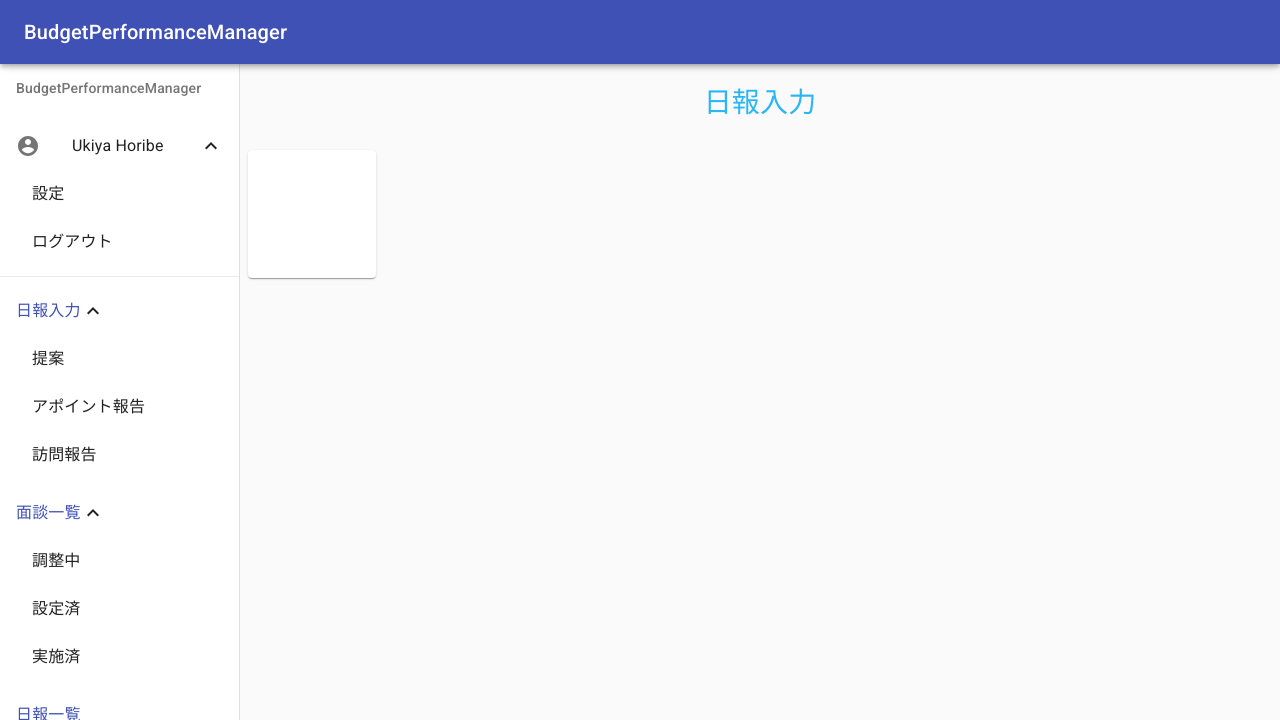
Repository: ukiyah/test
Page: /form_daily_report (app in src/)
An editor plug-in stored every save of this project. The page is shown before and after a run of saves, followed by the edit.
The browser window is 1280 px wide. The pictures show the whole page.
The project was rebuilt for these pictures with package versions that can differ from the ones it lists, and the page was loaded fresh each time. Also part of the build but not shown: src/Button.js, src/proposal/Table.js, src/proposal/list_proposal.js, src/Title.js, src/Chart.js, src/Deposits.js, src/Orders.js, src/Dashboard.js and 9 more.

Above is the page before, as saved 2020-02-26 13:40:59.

After the next 2 saves:
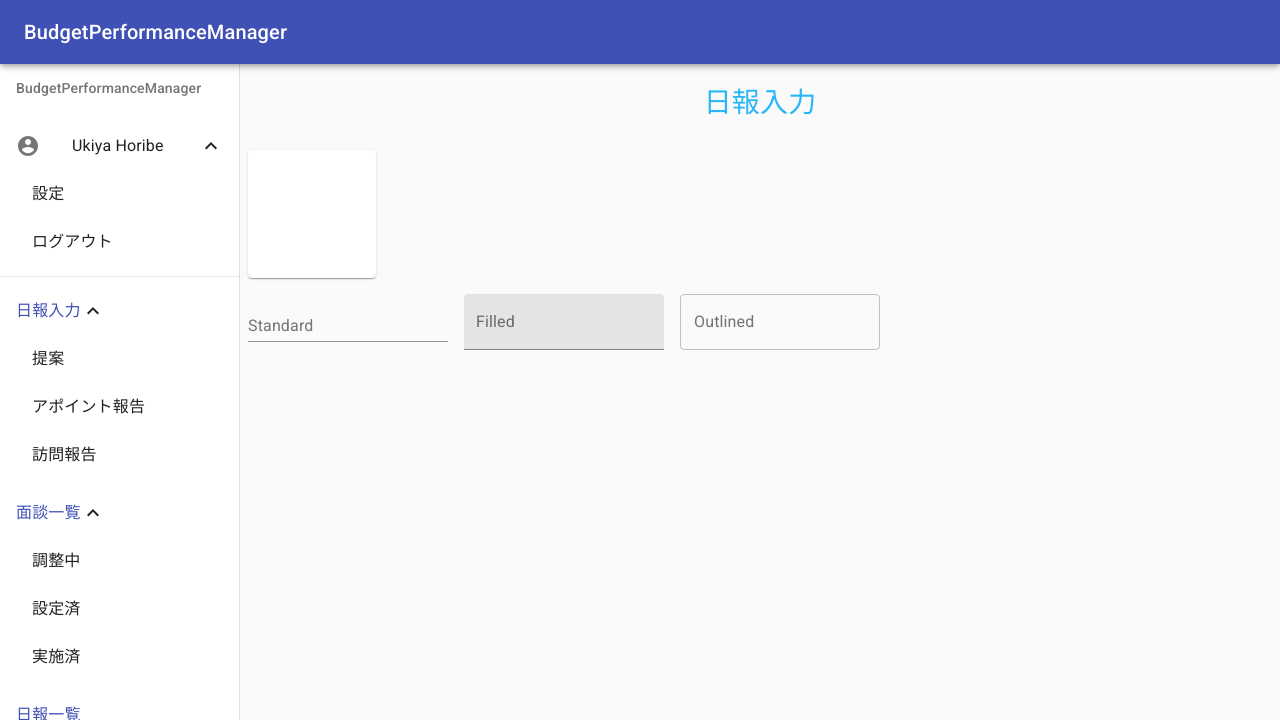
The 2 saves are shown as one change because 1 did not build or start.
The last was saved 27 s later.
--- a/src/daily_report/Form.js
+++ b/src/daily_report/Form.js
@@ -16,13 +16,12 @@ export default function BasicTextFields() {
 
     return (
         <div>
-            <Paper>
-              <form className={classes.root} noValidate autoComplete="off">
+            <Paper />
+            <form className={classes.root} noValidate autoComplete="off">
                 <TextField id="standard-basic" label="Standard" />
                 <TextField id="filled-basic" label="Filled" variant="filled" />
                 <TextField id="outlined-basic" label="Outlined" variant="outlined" />
-              </form>
-            </Paper>
+            </form>
         </div>
 
     );
